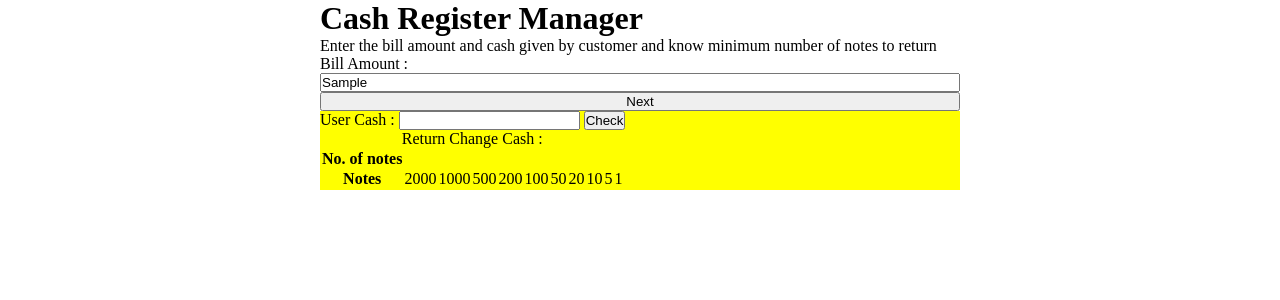
Repository: patelamancode/Cash-register-manager-app
Page: index.html
An editor plug-in stored every save of this project. The page is shown before and after the next save, followed by the edit.
The browser window is 1280 px wide. The pictures show the whole page.
Empty fields were first filled with sample values (such as "Sample", 5 or name@example.com).
After loading, the first visible `#next-btn` was clicked once.

Above is the page before, as saved 2022-11-18 15:20:58.

### index.html
<!DOCTYPE html>
<html lang="en">

<head>
    <meta charset="UTF-8">
    <meta http-equiv="X-UA-Compatible" content="IE=edge">
    <meta name="viewport" content="width=device-width, initial-scale=1.0">
    <link rel="stylesheet" href="index.css">
    <title>Cash register app</title>
</head>

<body>
    <div id="main-container">
        <h1 class="heading">Cash Register Manager</h1>
        <p id="description">Enter the bill amount and cash given by customer
            and know minimum number of notes to return
        </p>
        <label for="Bill-amount">Bill Amount :</label>
        <input type="text" id="bill-amount">
        <button id="next-btn">Next</button>
        <div class="sub-container">
            <label for="Cash-amount" class="cash-section">User Cash :</label>
            <input type="text" id="cash-amount">
            <button class="check-btn">Check</button>
            <p class="error-message"></p>
            <table class="change-cash">
                <caption>Return Change Cash :</caption>
                <tr>
                    <th>No. of notes</th>
                    <td class="notes-number"></td>
                    <td class="notes-number"></td>
                    <td class="notes-number"></td>
                    <td class="notes-number"></td>
                    <td class="notes-number"></td>
                    <td class="notes-number"></td>
                    <td class="notes-number"></td>
                    <td class="notes-number"></td>
                    <td class="notes-number"></td>
                    <td class="notes-number"></td>
                </tr>
                <tr>
                    <th>Notes</th>
                    <td>2000</td>
                    <td>1000</td>
                    <td>500</td>
                    <td>200</td>
                    <td>100</td>
                    <td>50</td>
                    <td>20</td>
                    <td>10</td>
                    <td>5</td>
                    <td>1</td>
                </tr>
            </table>
        </div>
    </div>

    <script src="index.js"></script>
</body>

</html>

### index.css
*{
    margin: 0;
    padding: 0;
}

#main-container{
    display: flex;
    flex-direction: column;
    width: 50vw;
    margin: auto;
}

.sub-container{
    background-color: yellow;
    display: none;
    flex-direction: column;
    width: 50vw;
    margin: auto;
}

### index.js
// document.querySelector('.check-btn').addEventListener('click', function(){
//     console.log("Check button is clicked")
// })

const billAmount = document.querySelector('#bill-amount');
const cashAmount = document.querySelector('#cash-amount');
const checkButton = document.querySelector('.check-btn');
const errorMessage = document.querySelector('.error-message');
const notesDisplay = document.querySelectorAll('.notes-number');
// from here
const hideContent = document.querySelector('.sub-container');
const nextButton = document.querySelector('#next-btn');


// Testing console values for all inputs
// checkButton.addEventListener('click', function(){
//     console.log(cashAmount.value);
// })

nextButton.addEventListener('click', function(){
    hideContent.style.display = "block"

})
// to here

const displayErrorMessage = function (message) {
    errorMessage.style.display = "block";
    errorMessage.style.backgroundColor = "red";
    errorMessage.innerText = message;
}
const hideErrorMessage = function(){
    errorMessage.style.display = "none";

}

const notesArray = [2000, 1000, 500, 200, 100, 50, 20, 10, 5, 1];
const numberOfNotesGiven = function(returnAmount){
    for(let i=0; i< notesArray.length; i++){
        let notesCount = Math.trunc(returnAmount/notesArray[i]);
        returnAmount = returnAmount%notesArray[i];
        notesDisplay[i].innerText = notesCount;
    }
}

checkButton.addEventListener('click', function amountValidation() {
    hideErrorMessage();

    if (billAmount.value > 0) {
        if(cashAmount.value > billAmount.value){
            const returnAmount = cashAmount.value - billAmount.value;
            numberOfNotesGiven(returnAmount);
        }
        else{
            displayErrorMessage("Invalid Cash value as per Bill amount");
        }
    }
    else {
        displayErrorMessage("Please make sure input bill amount must be positive and non-zero value");
    }
})



// 1550

After the next save:
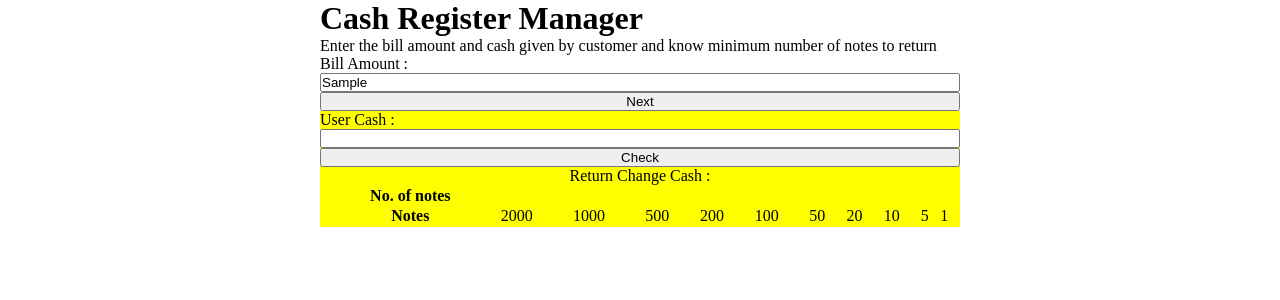
Saved 99 s later.
--- a/index.js
+++ b/index.js
@@ -18,8 +18,8 @@ const nextButton = document.querySelector('#next-btn');
 // })
 
 nextButton.addEventListener('click', function(){
-    hideContent.style.display = "block"
-
+    hideContent.style.display = "flex"
+    hideContent.style.flexDirection = "column"
 })
 // to here
 
